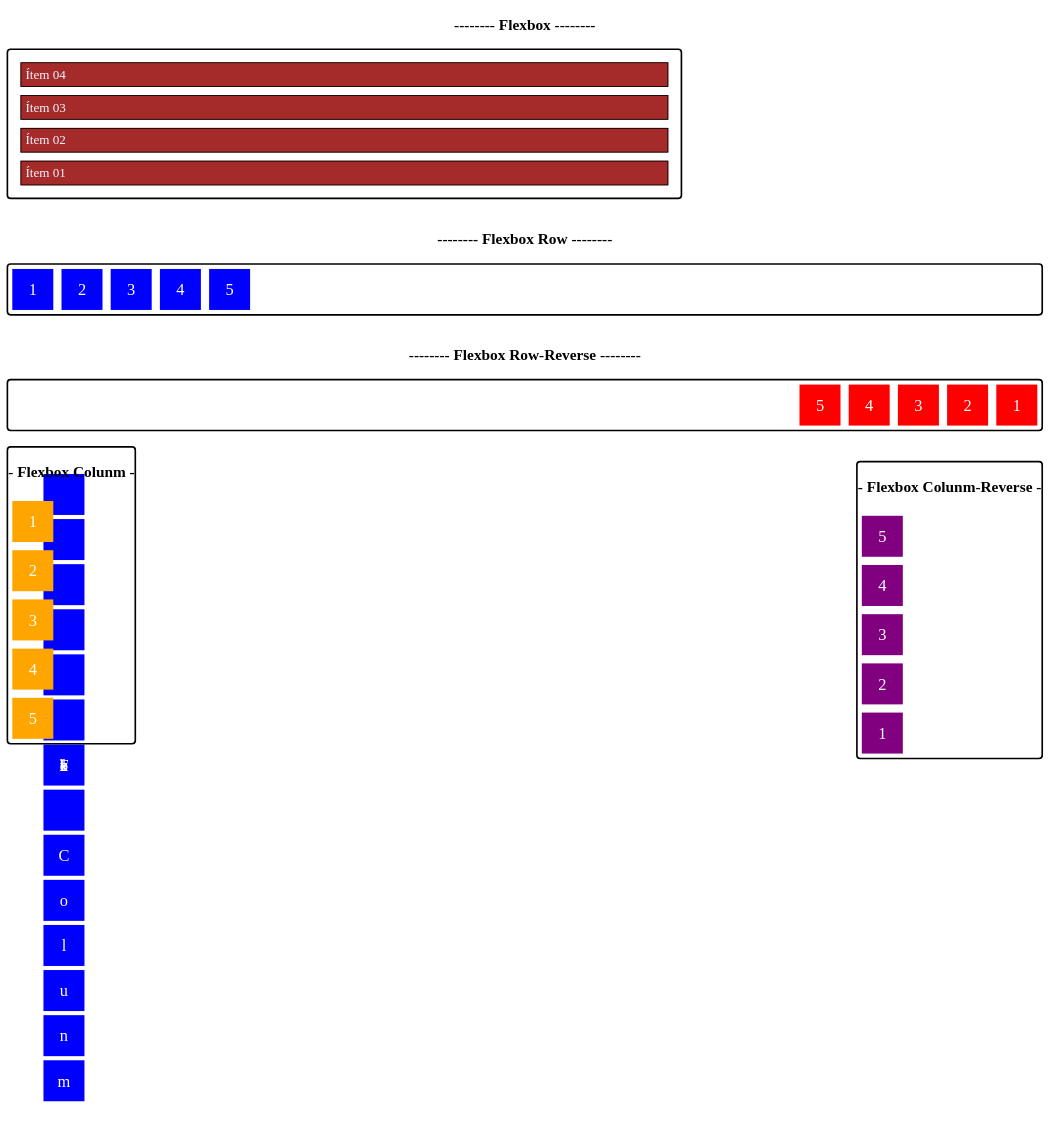
Repository: ozielms/flexbox
Page: outros/flexbox-master/index.html
An editor plug-in stored every save of this project. The page is shown before and after the next save, followed by the edit.
The browser window is 1280 px wide. The pictures show the whole page, at 82% of full size.

Above is the page before, as saved 2022-04-26 00:03:18.

After the next save:
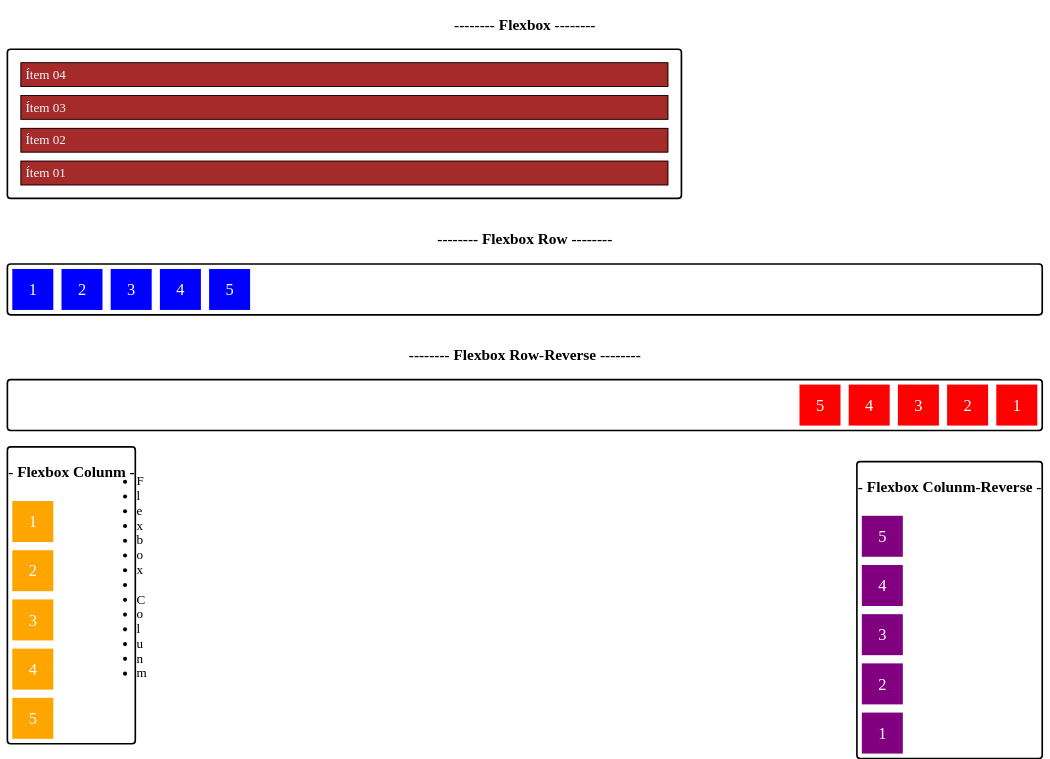
Saved 41 s later.
--- a/outros/flexbox-master/index.html
+++ b/outros/flexbox-master/index.html
@@ -63,21 +63,21 @@
         <li class="flex-item">5</li>
         <h3 class="titulo">- flexbox colunm-reverse -</h3>
     </ul>
-    <ul class="titulo-colunm">
-        <li class="flex-item">F</li>
-        <li class="flex-item">l</li>
-        <li class="flex-item">e</li>
-        <li class="flex-item">x</li>
-        <li class="flex-item">b</li>
-        <li class="flex-item">o</li>
-        <li class="flex-item">x</li>
-        <li class="flex-item"> </li>
-        <li class="flex-item">C</li>
-        <li class="flex-item">o</li>
-        <li class="flex-item">l</li>
-        <li class="flex-item">u</li>
-        <li class="flex-item">n</li>
-        <li class="flex-item">m</li>
+    <ul class="titulo-reverse">
+        <li class="titulo-item">F</li>
+        <li class="titulo-item">l</li>
+        <li class="titulo-item">e</li>
+        <li class="titulo-item">x</li>
+        <li class="titulo-item">b</li>
+        <li class="titulo-item">o</li>
+        <li class="titulo-item">x</li>
+        <li class="titulo-item"> </li>
+        <li class="titulo-item">C</li>
+        <li class="titulo-item">o</li>
+        <li class="titulo-item">l</li>
+        <li class="titulo-item">u</li>
+        <li class="titulo-item">n</li>
+        <li class="titulo-item">m</li>
     </ul>
 
     <br>
